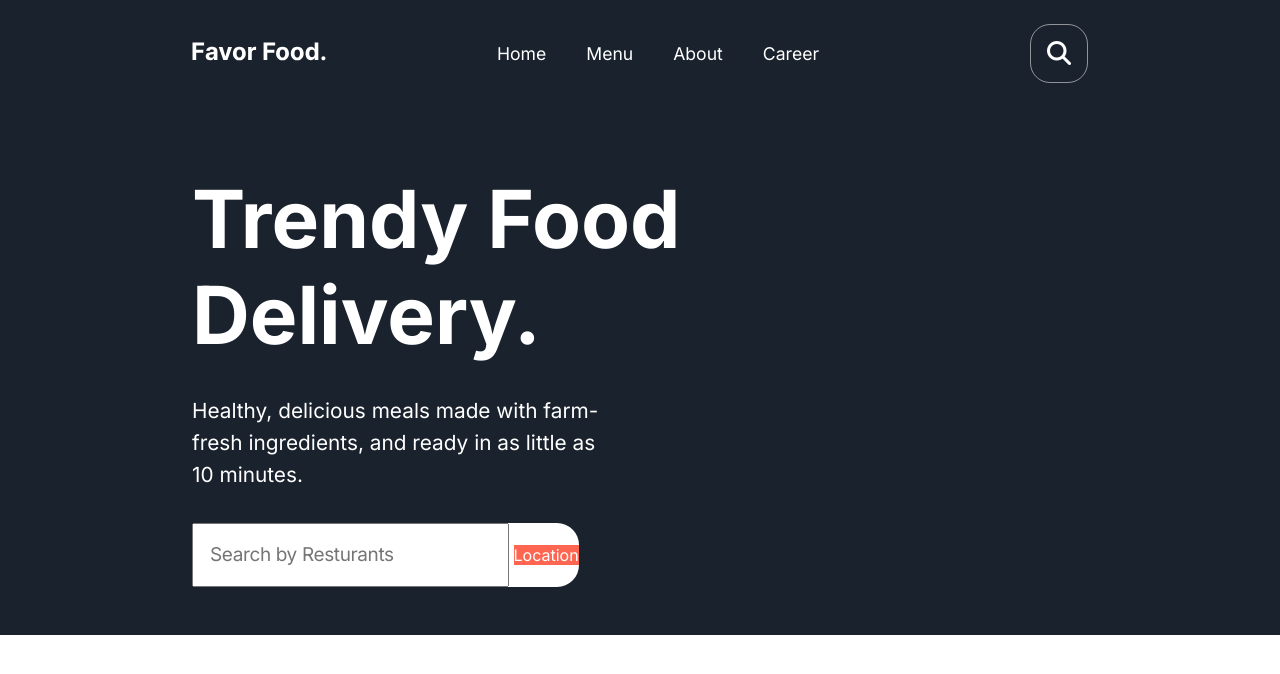
Repository: badhon252/favor-food
Page: index.html
These files come from the project's save history. The page is drawn as it stood at one moment and after the next save; the edit follows.
The browser window is 1280 px wide. The pictures show the whole page.
The style sheet was rebuilt from its Sass, Less or Tailwind sources for each picture, by a compiler version that may differ from the author's.

Above is the page before, as saved 2022-09-10 15:18:27.

After the next save:
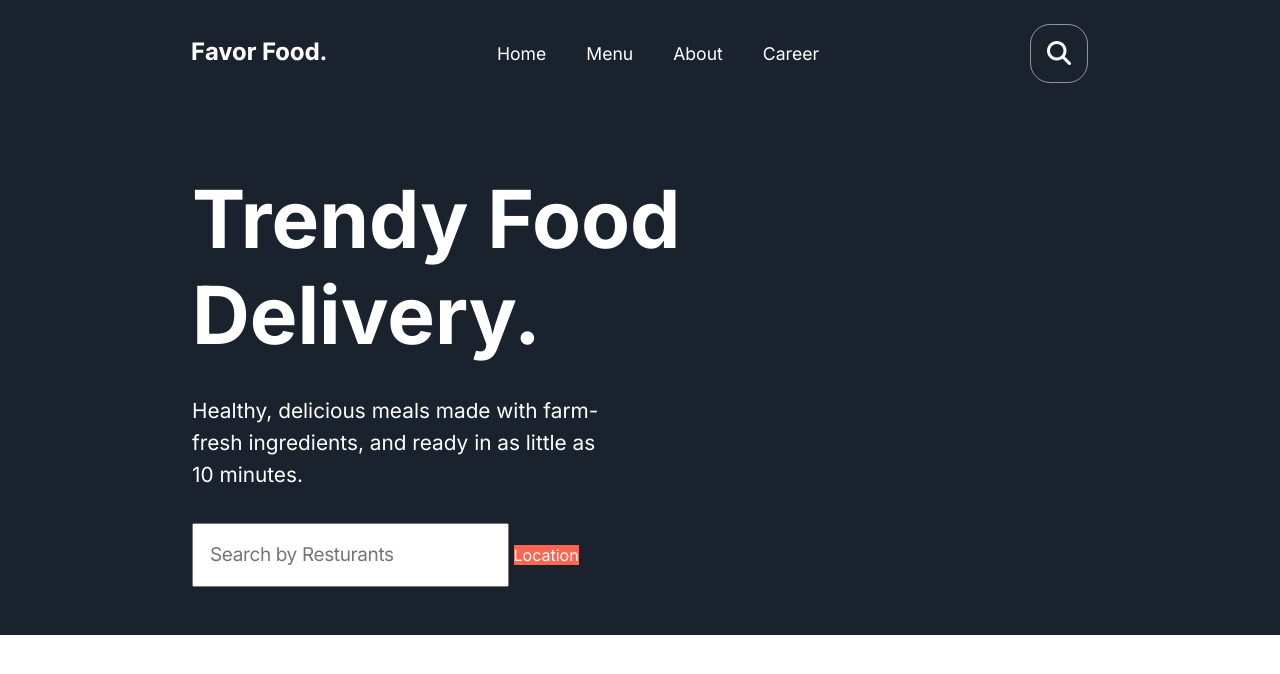
Saved 20 s later.
--- a/scss/style.scss
+++ b/scss/style.scss
@@ -71,7 +71,7 @@
     form {
       display: inline-block;
       border-radius: 22px;
-      background: #ffffff;
+      // background: #ffffff;
       input {
         padding: 1rem;
         font-size: 19px;

After the save that followed:
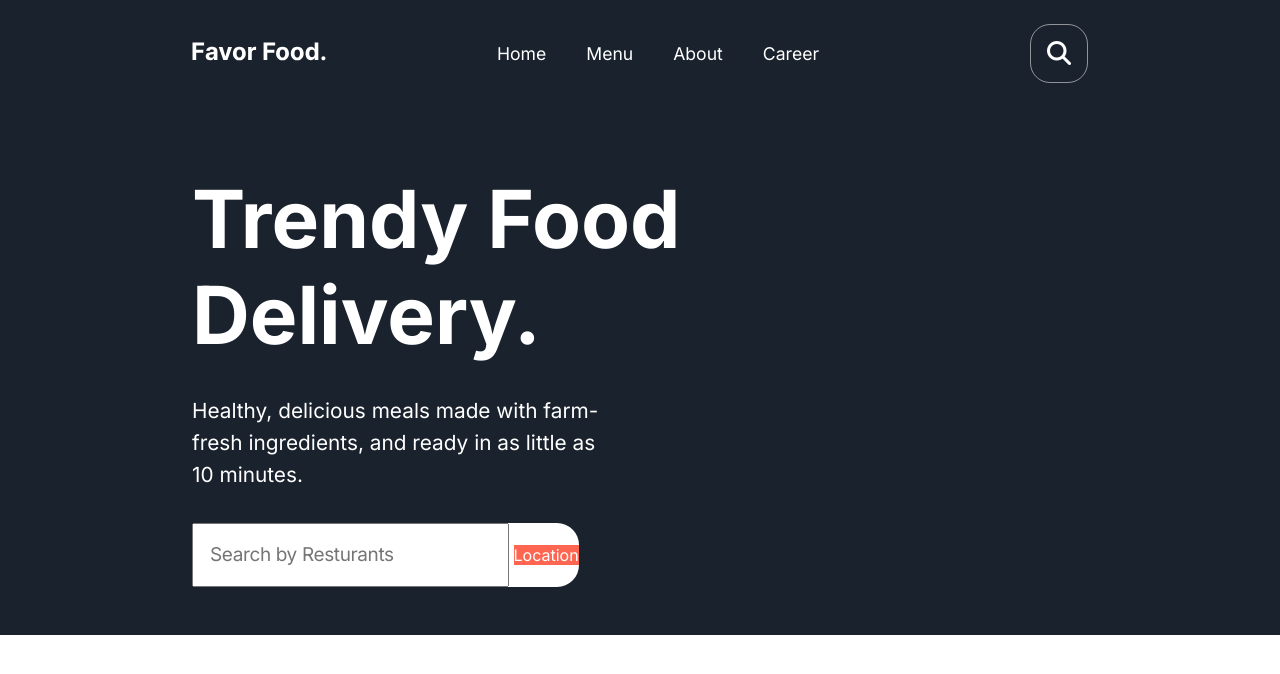
Saved 12 s later.
--- a/scss/style.scss
+++ b/scss/style.scss
@@ -71,7 +71,7 @@
     form {
       display: inline-block;
       border-radius: 22px;
-      // background: #ffffff;
+      background: #ffffff;
       input {
         padding: 1rem;
         font-size: 19px;
